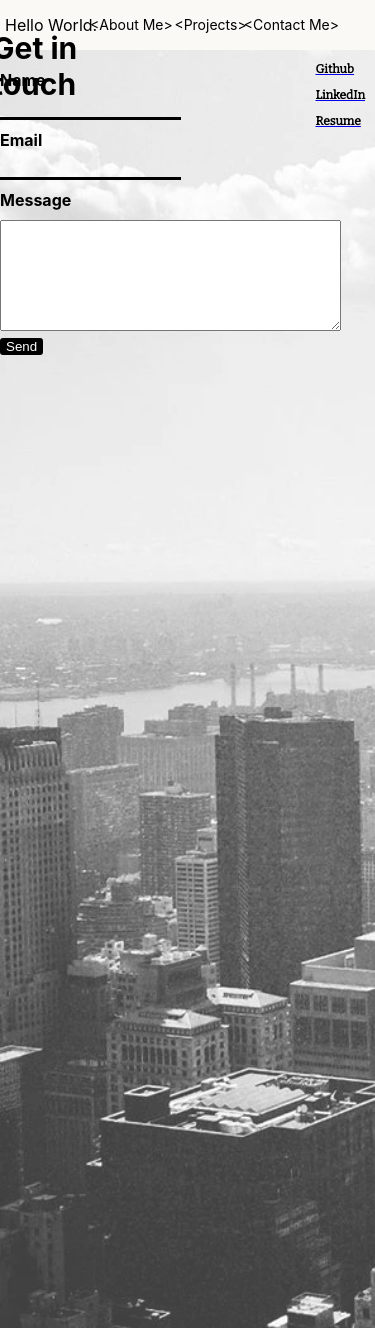
Repository: ghend99/website_ethan_pratt
Page: /contact
These files come from the project's save history. The page is drawn as it stood at one moment and after the next save; the edit follows.
The browser window is 375 px wide. The pictures show the whole page.
The project was rebuilt for these pictures with package versions that can differ from the ones it lists, and the page was loaded fresh each time. Also part of the build but not shown: src/pages/home.js, src/css/about.css, src/pages/about.js, src/pages/project.js.

Above is the page before, as saved 2023-04-25 10:08:55.

After the next save:
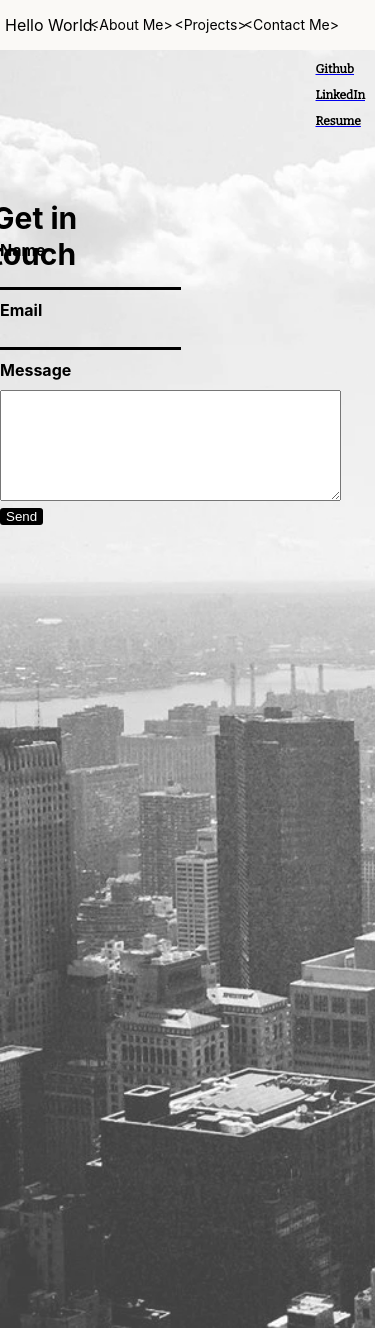
Saved 6 s later.
--- a/src/css/contact.css
+++ b/src/css/contact.css
@@ -102,6 +102,6 @@
   #contact-container {
     position: absolute;
     left: 0;
-    top: 30px;
+    top: 200px;
   }
 }
